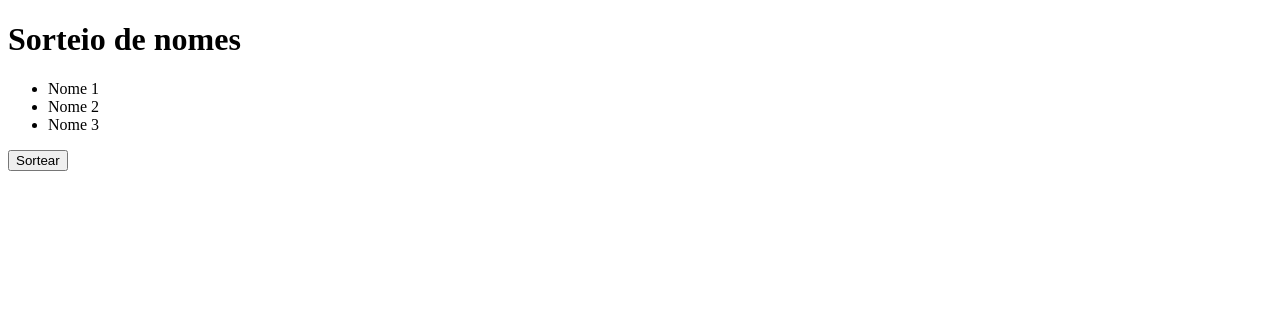
Repository: Matheus904-12/sorte
Page: sorteio-nomes.html
The author's editor kept a copy of each file at every save. The page is drawn from the files as they stood at one save, then again after the next save.
The browser window is 1280 px wide. The pictures show the whole page.

Above is the page before, as saved 2023-09-10 11:24:00.

After the next save:
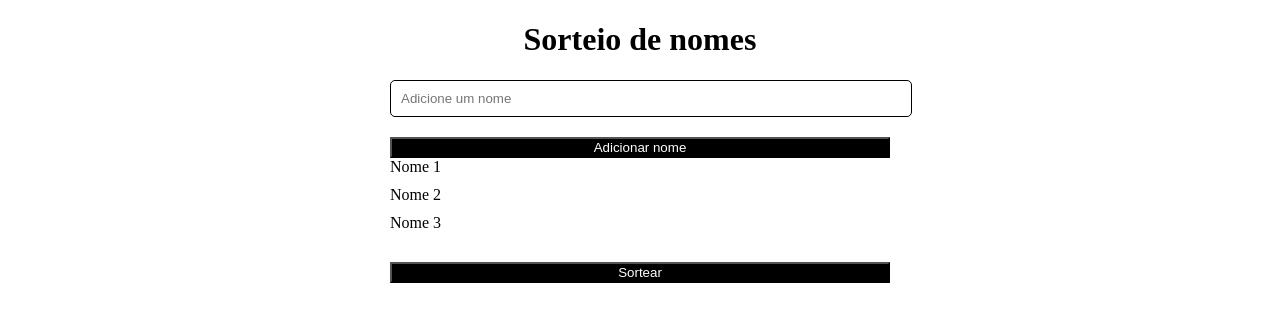
Saved 15 s later.
--- a/sorteio-nomes.html
+++ b/sorteio-nomes.html
@@ -7,6 +7,8 @@
 <body>
   <div class="container">
     <h1>Sorteio de nomes</h1>
+    <input type="text" id="nome" placeholder="Adicione um nome">
+    <button id="adicionar">Adicionar nome</button>
     <ul id="nomes">
       <li>Nome 1</li>
       <li>Nome 2</li>
@@ -16,24 +18,48 @@
     <div id="resultado"></div>
   </div>
 
-  <script>
-    // Função para sortear um nome da lista
-    function sortear() {
-      // Obtém o número de itens na lista
-      var len = document.querySelector("#nomes").children.length;
-
-      // Gera um número aleatório entre 0 e o número de itens
-      var index = Math.floor(Math.random() * len);
-
-      // Obtém o nome sorteado
-      var nome = document.querySelector("#nomes").children[index].innerHTML;
-
-      // Exibe o nome sorteado
-      document.querySelector("#resultado").innerHTML = nome;
+  <style>
+    .container {
+      width: 100%;
+      max-width: 500px;
+      margin: 0 auto;
     }
 
-    // Evento para o botão de sorteio
-    document.querySelector("#sortear").addEventListener("click", sortear);
-  </script>
+    h1 {
+      font-size: 2em;
+      text-align: center;
+    }
+
+    input {
+      width: 100%;
+      padding: 10px;
+      border: 1px solid #000;
+      border-radius: 5px;
+    }
+
+    button {
+      width: 100%;
+      margin-top: 20px;
+      background-color: #000;
+      color: #fff;
+      text-decoration: none;
+      cursor: pointer;
+    }
+
+    div.resultado {
+      margin-top: 20px;
+      text-align: center;
+    }
+
+    ul {
+      list-style-type: none;
+      margin: 0;
+      padding: 0;
+    }
+
+    li {
+      margin-bottom: 10px;
+    }
+  </style>
 </body>
 </html>
